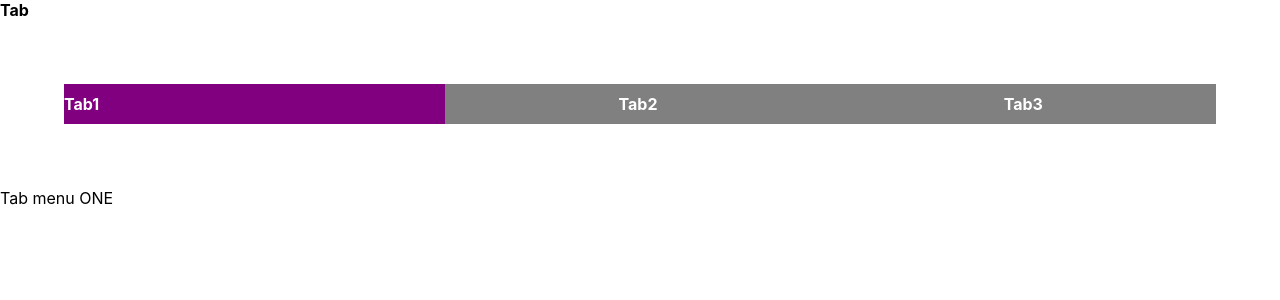
Repository: janghwahyun/wanted_pre_onboarding
Page: /Tab
The author's editor kept a copy of each file at every save. The page is drawn from the files as they stood at one save, then again after a run of saves.
The browser window is 1280 px wide. The pictures show the whole page.
The project was rebuilt for these pictures with package versions that can differ from the ones it lists, and the page was loaded fresh each time. Also part of the build but not shown: src/component/ClickToEdit.js, src/component/Modal.js, src/component/Tag.js, src/component/Toggle.js.

Above is the page before, as saved 2022-02-11 15:18:47.

### src/App.js
import ClickToEdit from './component/ClickToEdit';
import Modal from './component/Modal';
import Tab from './component/Tab';
import Tag from './component/Tag';
import Toggle from './component/Toggle';

import './App.css';
import { BrowserRouter, Routes, Route } from 'react-router-dom';

function App() {
  return (
    <BrowserRouter>
      <Routes>
        <Route path="/" element={<App />} />
        <Route path="/ClickToEdit" element={<ClickToEdit />} />
        <Route path="/Modal" element={<Modal />} />
        <Route path="/Tab" element={<Tab />} />
        <Route path="/Tag" element={<Tag />} />
        <Route path="/Toggle" element={<Toggle />} />
      </Routes>
    </BrowserRouter>
  );
}

export default App;

### src/component/Tab.js
import { useState, useRef } from 'react';
import styled from 'styled-components';

const Tab = () => {
  const tapArr = [
    { name: 'Tab1', value: 'Tab menu ONE' },
    { name: 'Tab2', value: 'Tab menu TWO' },
    { name: 'Tab3', value: 'Tab menu THREE' },
  ];
  const [isTab, setIsTab] = useState(0);

  const selectMenuHandler = idx => {
    setIsTab(idx);
  };

  return (
    <>
      <strong>Tab</strong>
      <div>
        <TabMenu>
          {tapArr.map((el, idx) => {
            return (
              <div key={idx} className={`${idx === isTab ? 'isMenu' : 'stanbyMenu'}`} onClick={() => selectMenuHandler(idx)}>
                {el.name}
              </div>
            );
          })}
        </TabMenu>
        <valueView>
          <div>{tapArr[isTab].value}</div>
        </valueView>
      </div>
    </>
  );
};

const TabMenu = styled.li`
  background-color: grey;
  color: white;
  font-weight: bold;
  display: flex;
  flex-direction: row;
  justify-items: center;
  align-items: center;

  margin: 4em;
  height: 40px;

  .isMenu {
    background-color: purple;
    color: white;
    height: 100%;
    display: flex;
    align-items: center;
    transition: 1s;
    flex-grow: 1;
  }

  .stanbyMenu {
    display: flex;
    justify-content: center;
    flex-grow: 1;
    cursor: pointer;
  }
`;

const valueView = styled.p`
  color: purple;
  font-weight: bold;
  text-align: center;
`;

export default Tab;

### src/App.css
* {
  box-sizing: border-box;
}

.App {
  width: 100%;
  height: 100vh;
  display: flex;
  justify-content: center;
  align-items: center;
}

Loaded but not shown: public/index.html (common file); src/index.js (common file); src/index.css (common file); src/reportWebVitals.js (common file)

After the next 2 saves:
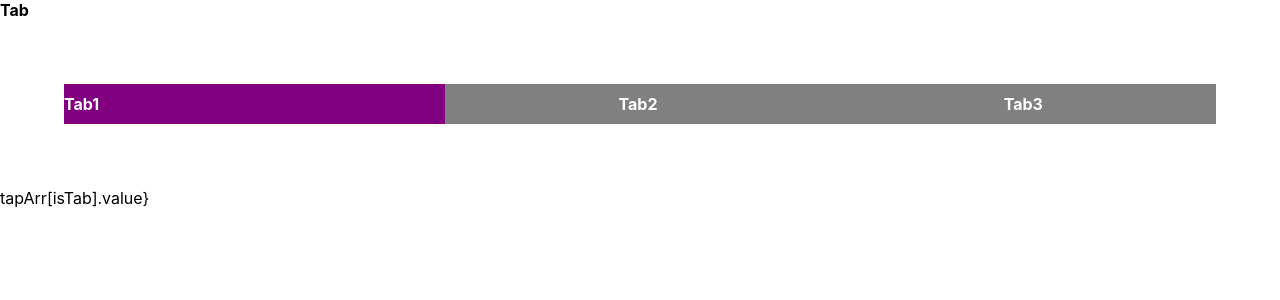
The 2 saves are shown as one change because they came seconds apart.
The last was saved 25 s later.
--- a/src/component/Tab.js
+++ b/src/component/Tab.js
@@ -26,9 +26,7 @@
             );
           })}
         </TabMenu>
-        <valueView>
-          <div>{tapArr[isTab].value}</div>
-        </valueView>
+        <valueView>tapArr[isTab].value}</valueView>
       </div>
     </>
   );

After the save that followed:
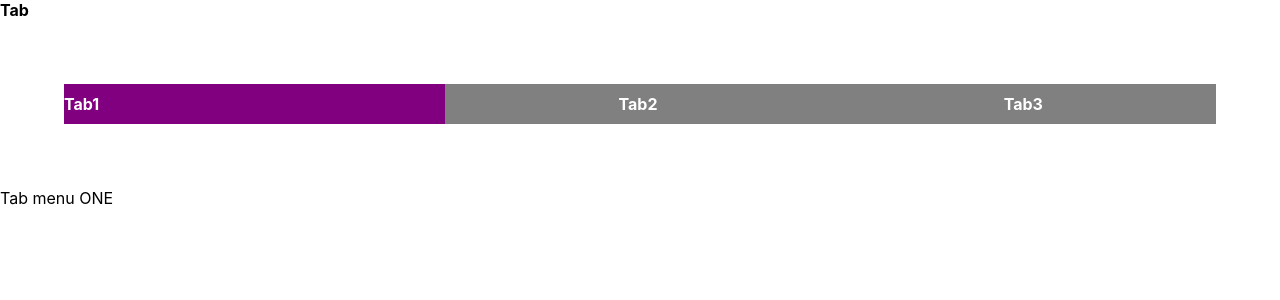
Saved 5 s later.
--- a/src/component/Tab.js
+++ b/src/component/Tab.js
@@ -26,7 +26,7 @@
             );
           })}
         </TabMenu>
-        <valueView>tapArr[isTab].value}</valueView>
+        <valueView>{tapArr[isTab].value}</valueView>
       </div>
     </>
   );
